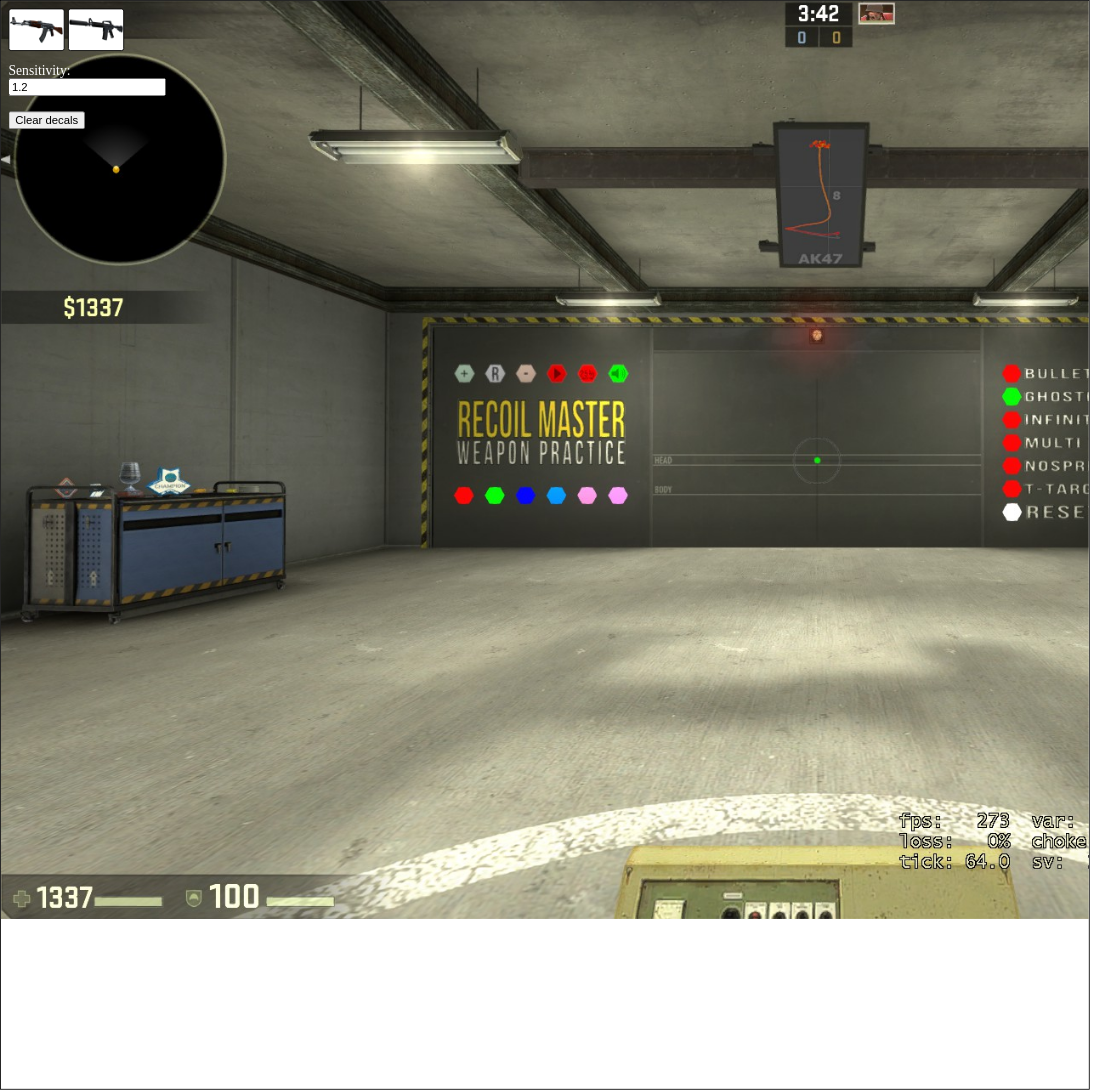
Repository: JerAguilon/GunSprayer
Page: Eclipse/SprayAndPray/index.html
The author's editor kept a copy of each file at every save. The page is drawn from the files as they stood at one save, then again after the next save.
The browser window is 1280 px wide. The page is 1290 px wide, so the pictures cover 1290 px, including what lies to the right of the window. The pictures show the whole page, at 85% of full size.

Above is the page before, as saved 2015-08-01 10:05:32.

### Eclipse/SprayAndPray/index.html
<!DOCTYPE html>
<html lang = "en">

<head>
	<title>Spray and pray</title>
	<link rel="stylesheet" href="css/styles.css">
</head>

<body>
	<div>
		<img src = "images/ak47.png" class = "guns"/>
		<img src = "images/m4a1-s.png" class = "guns"/>
	</div>

	<div>
		<canvas id="canvas">Your browser doesn't support HTML5.</canvas>
	</div>

	<form>

 		Sensitivity:
 		<br>
		<input type = "text" name = "sensitivty" id = "sensitivity" value = "1.2"/>
		<br><br>
		<button type ='button' onclick = "clearDecals()">Clear decals</button>

	</form>

	<script type=text/javascript src ="js/main.js"></script>
	<noscript>Javascript not supported</noscript>


	<div class = "nocursor"></div>


</body>
</html>

### Eclipse/SprayAndPray/css/styles.css
body{
	margin: 0;

}.guns {
   border:1px solid #000000;
   border-radius:3px;
   width: 5%;
   height:auto;
   position:relative;
   top:10px;
   left:10px;
   z-index:2;
   background-color: #ffffff;
} canvas{
	border:1px solid #000000;
	display: block;
	position:absolute;
	top:0px;
	left:0px
	z-index:1;
} form {
	position:relative;
	top:20px;
	left:10px;
	z-index:2;
	color: #ffffff;
}

### Eclipse/SprayAndPray/js/main.js
var canvas = document.getElementById('canvas');
var context = canvas.getContext('2d');

canvas.width=window.innerWidth;
canvas.height=window.innerWidth;

make_base();
function make_base(){
	base_image = new Image();
	base_image.src = 'images/16-9.jpg';
	base_image.onload = function(){
		context.drawImage(base_image, 0,0);
	}
}

function clearDecals(){
	// Store the current transformation matrix
	context.save();

	// Use the identity matrix while clearing the canvas
	context.setTransform(1, 0, 0, 1, 0, 0);
	context.clearRect(0, 0, canvas.width, canvas.height);

	// Restore the transform
	context.restore();
	make_base();
}

//gun data
var pattern = [[0,0],[-2,0],[-18,1],[-19,2],[-29,3],[-43,3],[-58,7],[-71,11],[-79,10],[-86,4],
            [-88,-8],[-89,-17],[-92,-24],[-93,-30],[-92,-33],[-93,-33],[-96,-24],[-98,-13],[-100,-1],[-99,12],
            [-99,18],[-98,20],[-98,19],[-101,18],[-103,19],[-104,20],[-104,19],[-103,11],[-102,-3],[-97,-21]];
var akFireRate = 10;

normalizer = 1.45
for(i = 0; i < pattern.length;i++){
	for(j = 0;j<2;j++){
		pattern[i][j] = pattern[i][j] * normalizer
	}
}



//gun shit here
var i = 0;
var radius = 3;
var firing = false;
var sensitivity = document.getElementById('sensitivity').value;

var currentX = null;
var currentY = null;
var originX = null;
var originY = null;

function onMouseUpdate(e){
	currentX = e.pageX;
	currentY = e.pageY;
}

var engage = function(e){
	firing = true;
	originX = e.pageX;
	originY = e.pageY;
	document.body.style.cursor = 'none';
}

setInterval( function() {fireBullet(currentX,currentY)}, 100 );


var fireBullet = function(x,y){

	sensitivity = document.getElementById('sensitivity').value;

	if(firing){
		context.beginPath();
	    context.fillStyle = 'red';
		context.arc((sensitivity/2.63) * (x-originX)+originX - pattern[i][1], (sensitivity/2.63) * (y-originY)+originY + pattern[i][0], radius, 0, Math.PI*2);
		context.fill();

		context.beginPath();
	    context.fillStyle = 'blue';
		context.arc(-((sensitivity/2.63) * (x-originX)+originX - pattern[i][1]), -((sensitivity/2.63) * (y-originY)+originY + pattern[i][0], radius, 0, Math.PI*2));
		context.fill();
		var audio = new Audio('sounds/ak.mp3');
		audio.play();
		if(i < 29){
			i++;
		} else if (i == 29){
			i=0;
			firing = false;
			document.body.style.cursor = 'pointer';
		}
	}
}

var ceasefire = function(){
	firing = false ;
	document.body.style.cursor = 'pointer';
	i=0;

}

canvas.addEventListener('mousedown', engage);
canvas.addEventListener('mousemove', onMouseUpdate);
canvas.addEventListener('mouseup',ceasefire);

After the next save:
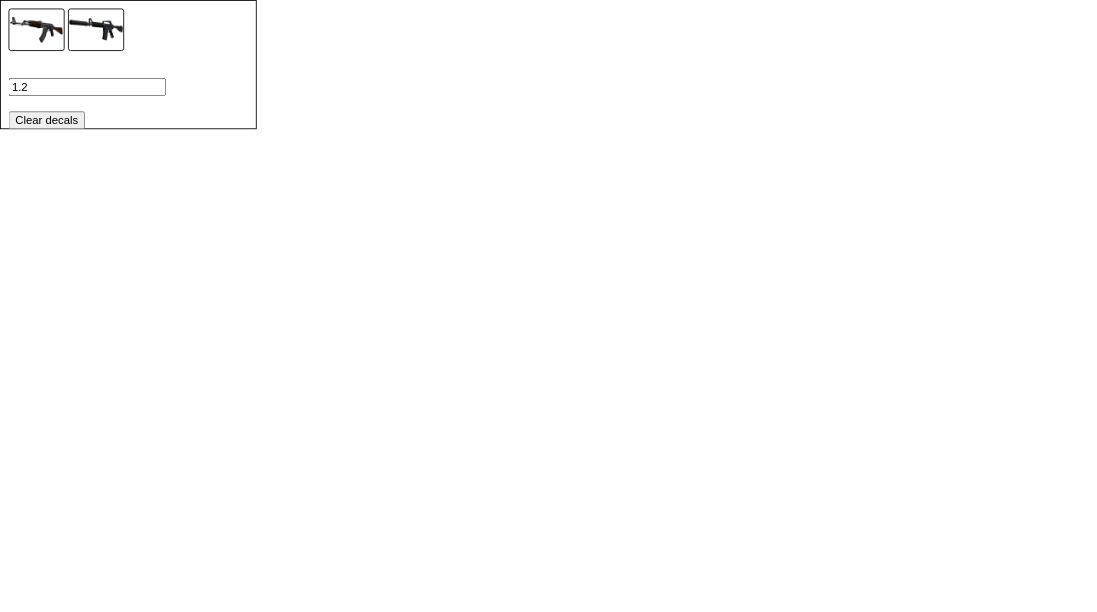
Console error: SyntaxError: Unexpected token ')'
Saved 31 s later.
--- a/Eclipse/SprayAndPray/js/main.js
+++ b/Eclipse/SprayAndPray/js/main.js
@@ -79,7 +79,7 @@
 
 		context.beginPath();
 	    context.fillStyle = 'blue';
-		context.arc(-((sensitivity/2.63) * (x-originX)+originX - pattern[i][1]), -((sensitivity/2.63) * (y-originY)+originY + pattern[i][0], radius, 0, Math.PI*2));
+		context.arc(-(sensitivity/2.63) * (x-originX)+originX - pattern[i][1]), -((sensitivity/2.63) * (y-originY)+originY + pattern[i][0], radius, 0, Math.PI*2));
 		context.fill();
 		var audio = new Audio('sounds/ak.mp3');
 		audio.play();

After the save that followed:
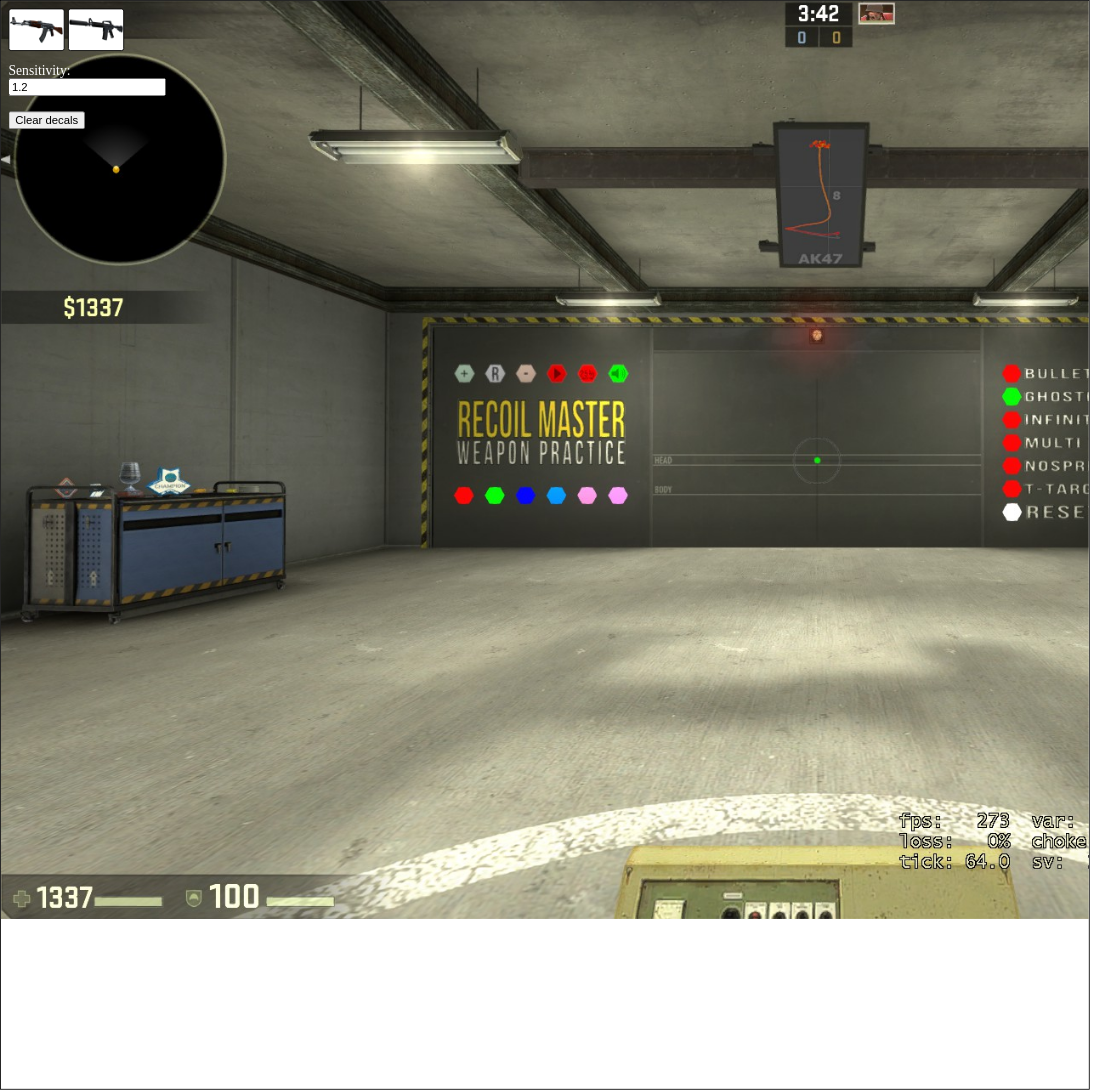
The error is gone.
Saved 11 s later.
--- a/Eclipse/SprayAndPray/js/main.js
+++ b/Eclipse/SprayAndPray/js/main.js
@@ -79,7 +79,7 @@
 
 		context.beginPath();
 	    context.fillStyle = 'blue';
-		context.arc(-(sensitivity/2.63) * (x-originX)+originX - pattern[i][1]), -((sensitivity/2.63) * (y-originY)+originY + pattern[i][0], radius, 0, Math.PI*2));
+		context.arc((sensitivity/2.63) * (x-originX)+originX - pattern[i][1], (sensitivity/2.63) * (y-originY)+originY + pattern[i][0], radius, 0, Math.PI*2);
 		context.fill();
 		var audio = new Audio('sounds/ak.mp3');
 		audio.play();
